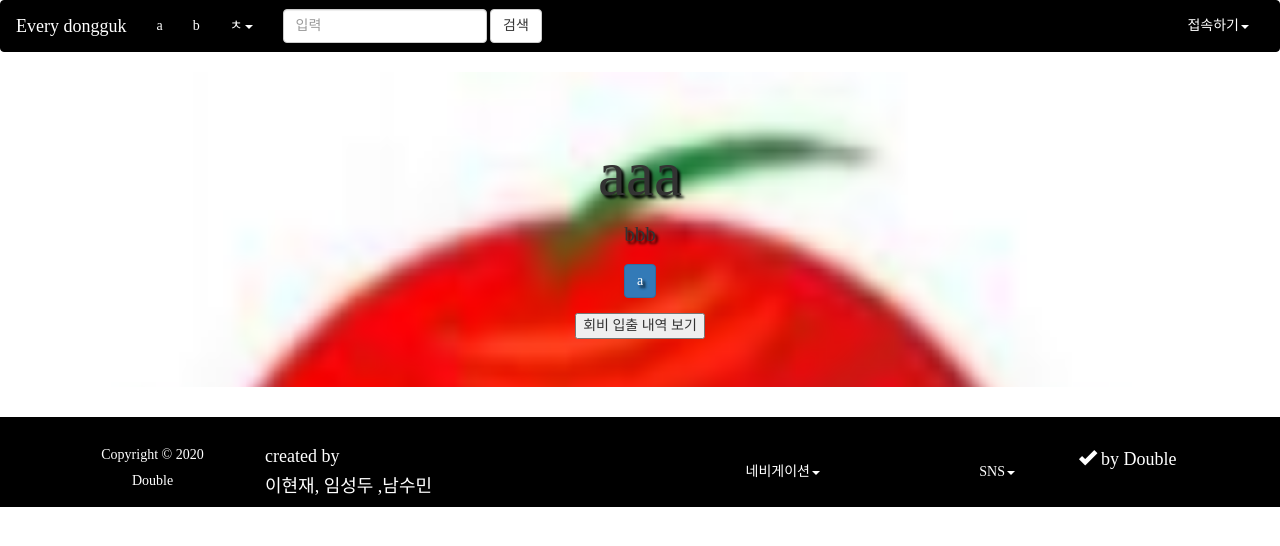
Repository: CSID-DGU/2020-1-ESCD-DOUBLE
Page: http://localhost/web/WEB-INF/views/template/index.jsp
The author's editor kept a copy of each file at every save. The page is drawn from the files as they stood at one save, then again after the next save.
The browser window is 1280 px wide. The pictures show the whole page.
Some web fonts or font styles are not loaded; a fallback is used. Some web libraries are served in a nearby version. The page is served by Tomcat 9. Nobody is signed in. The template is opened directly, without the code that normally fills it, so the values that code supplies are empty.

Above is the page before, as saved 2020-05-01 15:57:30.

After the next save:
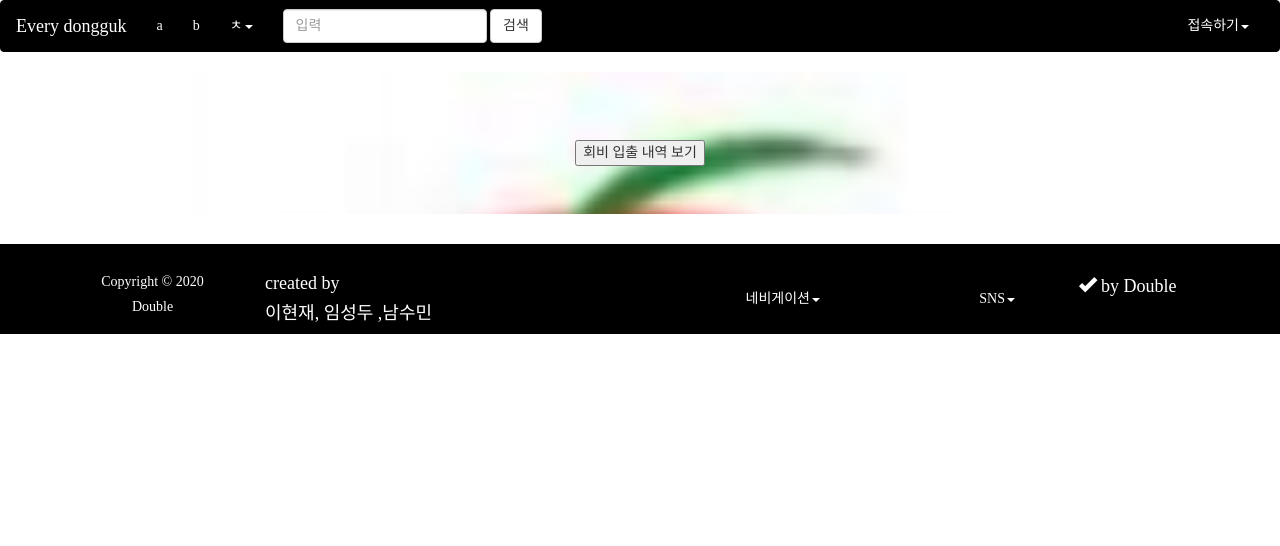
Saved 47 s later.
--- a/web/src/main/webapp/WEB-INF/views/template/index.jsp
+++ b/web/src/main/webapp/WEB-INF/views/template/index.jsp
@@ -39,9 +39,6 @@ background-size:cover;
 
 	</c:if>
 	<c:if test="${Siscouncil=='0'|| empty Siscouncil }">
-		<h1 class="text-center">aaa</h1>
-		<p class="text-center">bbb</p>
-		<p class="text-center"><a class="btn btn-primary bpt-lg" href="#" role="button">a </a></p>
 		</c:if>
 
 	<center><button onclick="location='/web/blistall'">회비 입출 내역 보기</button></center>
